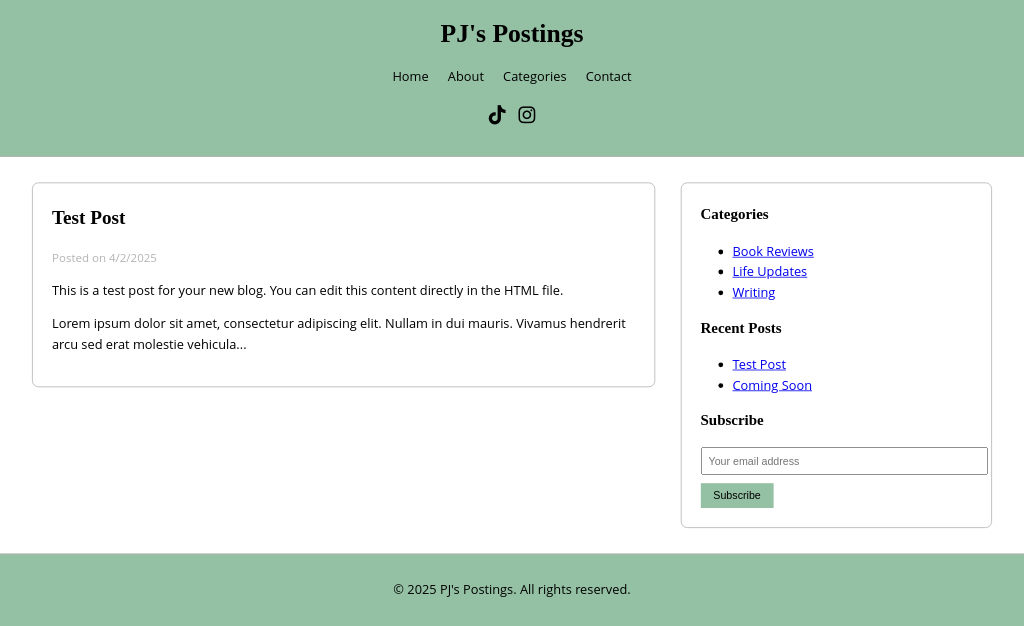
Repository: pjpatrick071/pjpatrick071.github.io
Page: index.html
These files come from the project's save history. The page is drawn as it stood at one moment and after the next save; the edit follows.
The browser window is 1280 px wide. The pictures show the whole page, at 80% of full size.
Some web fonts or font styles are not loaded; a fallback is used.

Above is the page before, as saved 2025-04-02 22:33:04.

After the next save:
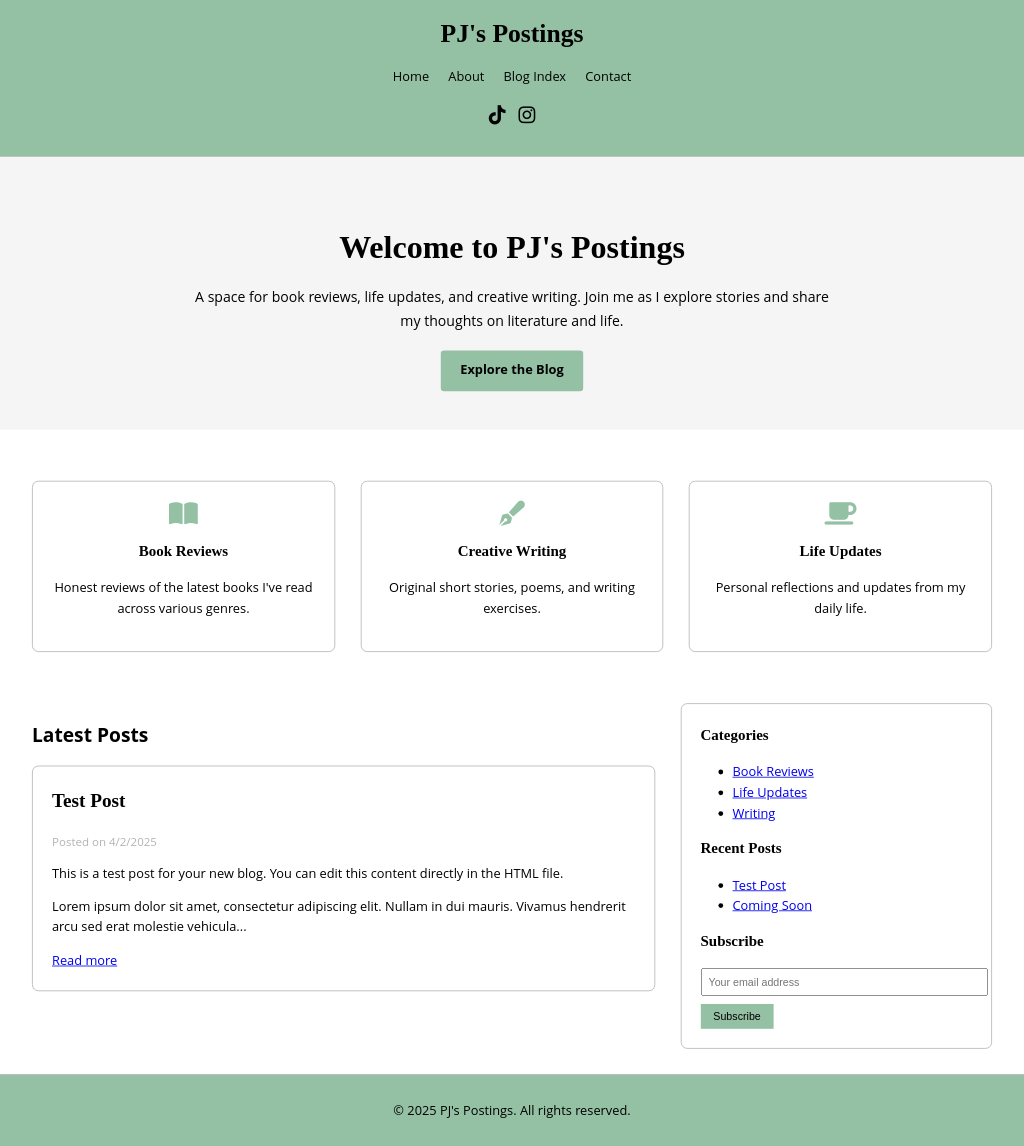
Saved 9 min 24 s later.
--- a/index.html
+++ b/index.html
@@ -5,13 +5,13 @@
     <meta name="viewport" content="width=device-width, initial-scale=1.0">
     <title>PJ's Postings</title>
 
-    <!-- Fonts (from original site) -->
+    <!-- Fonts -->
     <link href="https://fonts-api.wp.com/css?family=Playfair+Display:400,400i,700,700i|Open+Sans:400,400i,700,700i&subset=latin,latin-ext" rel="stylesheet">
 
     <!-- Font Awesome (for icons) -->
     <link href="https://cdnjs.cloudflare.com/ajax/libs/font-awesome/6.4.0/css/all.min.css" rel="stylesheet">
 
-    <!-- Main Styles (adapted from original) -->
+    <!-- Main Styles -->
     <style>
         :root {
             --soft-green: #94c0a4;
@@ -66,6 +66,73 @@
             color: var(--silver);
         }
 
+        /* Hero Section */
+        .hero {
+            background-color: #f5f5f5;
+            padding: 3rem 1rem;
+            text-align: center;
+            margin-bottom: 2rem;
+        }
+
+        .hero h2 {
+            font-family: 'Playfair Display', serif;
+            font-size: 2.5rem;
+            margin-bottom: 1rem;
+        }
+
+        .hero p {
+            max-width: 800px;
+            margin: 0 auto 1.5rem;
+            font-size: 1.1rem;
+        }
+
+        .cta-button {
+            display: inline-block;
+            background-color: var(--soft-green);
+            color: var(--black);
+            padding: 0.8rem 1.5rem;
+            border-radius: 4px;
+            text-decoration: none;
+            font-weight: bold;
+            transition: background-color 0.3s;
+        }
+
+        .cta-button:hover {
+            background-color: #82ad90;
+        }
+
+        /* Features Section */
+        .features {
+            display: flex;
+            justify-content: space-around;
+            flex-wrap: wrap;
+            gap: 2rem;
+            padding: 2rem;
+            max-width: 1200px;
+            margin: 0 auto;
+        }
+
+        .feature-card {
+            flex: 1;
+            min-width: 250px;
+            background-color: var(--white);
+            border: 1px solid var(--silver);
+            border-radius: 8px;
+            padding: 1.5rem;
+            text-align: center;
+        }
+
+        .feature-card i {
+            font-size: 2rem;
+            color: var(--soft-green);
+            margin-bottom: 1rem;
+        }
+
+        .feature-card h3 {
+            font-family: 'Playfair Display', serif;
+            margin-top: 0;
+        }
+
         /* Main Content */
         .container {
             max-width: 1200px;
@@ -142,6 +209,10 @@
         @media (max-width: 768px) {
             .container {
                 grid-template-columns: 1fr;
+            }
+
+            .features {
+                flex-direction: column;
             }
         }
     </style>
@@ -154,28 +225,57 @@
             <ul>
                 <li><a href="#">Home</a></li>
                 <li><a href="about.html">About</a></li>
-                <li><a href="#">Categories</a></li>
+                <li><a href="blog.html">Blog Index</a></li>
                 <li><a href="#">Contact</a></li>
             </ul>
         </nav>
 
-        <!-- Social Links - Only TikTok and Instagram -->
+        <!-- Social Links -->
         <div class="social-links">
             <a href="https://www.tiktok.com/@p.j.patrick" target="_blank" rel="noopener noreferrer"><i class="fab fa-tiktok"></i></a>
             <a href="#" target="_blank" rel="noopener noreferrer"><i class="fab fa-instagram"></i></a>
         </div>
     </header>
 
+    <!-- Hero Section -->
+    <section class="hero">
+        <h2>Welcome to PJ's Postings</h2>
+        <p>A space for book reviews, life updates, and creative writing. Join me as I explore stories and share my thoughts on literature and life.</p>
+        <a href="blog.html" class="cta-button">Explore the Blog</a>
+    </section>
+
+    <!-- Features Section -->
+    <section class="features">
+        <div class="feature-card">
+            <i class="fas fa-book-open"></i>
+            <h3>Book Reviews</h3>
+            <p>Honest reviews of the latest books I've read across various genres.</p>
+        </div>
+        <div class="feature-card">
+            <i class="fas fa-pen-fancy"></i>
+            <h3>Creative Writing</h3>
+            <p>Original short stories, poems, and writing exercises.</p>
+        </div>
+        <div class="feature-card">
+            <i class="fas fa-coffee"></i>
+            <h3>Life Updates</h3>
+            <p>Personal reflections and updates from my daily life.</p>
+        </div>
+    </section>
+
     <!-- Main Content -->
     <div class="container">
         <!-- Blog Posts Section -->
         <main>
+            <h2>Latest Posts</h2>
+
             <article class="blog-post">
                 <h2 class="post-title">Test Post</h2>
                 <p class="post-meta">Posted on <script>document.write(new Date().toLocaleDateString());</script></p>
                 <div class="entry-content">
                     <p>This is a test post for your new blog. You can edit this content directly in the HTML file.</p>
                     <p>Lorem ipsum dolor sit amet, consectetur adipiscing elit. Nullam in dui mauris. Vivamus hendrerit arcu sed erat molestie vehicula...</p>
+                    <a href="blog.html#test-post">Read more</a>
                 </div>
             </article>
 
@@ -186,15 +286,15 @@
         <aside class="sidebar">
             <h3 class="sidebar-title">Categories</h3>
             <ul>
-                <li><a href="#">Book Reviews</a></li>
-                <li><a href="#">Life Updates</a></li>
-                <li><a href="#">Writing</a></li>
+                <li><a href="blog.html#book-reviews">Book Reviews</a></li>
+                <li><a href="blog.html#life-updates">Life Updates</a></li>
+                <li><a href="blog.html#writing">Writing</a></li>
             </ul>
 
             <h3 class="sidebar-title">Recent Posts</h3>
             <ul>
-                <li><a href="#">Test Post</a></li>
-                <li><a href="#">Coming Soon</a></li>
+                <li><a href="blog.html#test-post">Test Post</a></li>
+                <li><a href="blog.html#coming-soon">Coming Soon</a></li>
             </ul>
 
             <!-- Email Subscription Form -->
